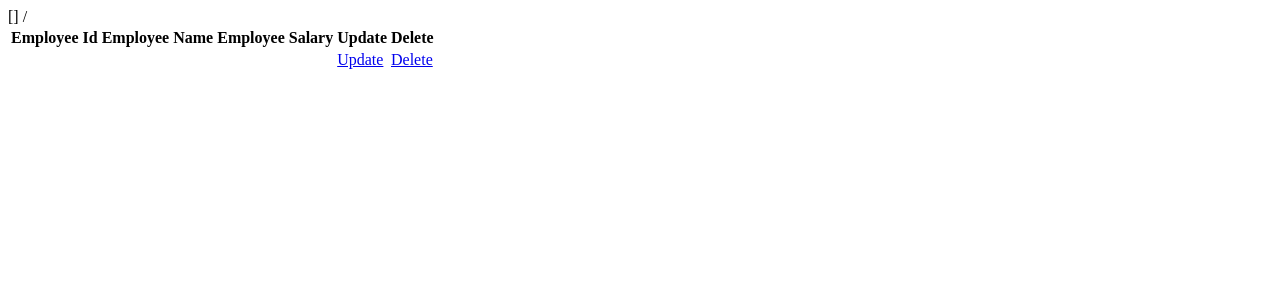
Repository: aamir5773/Spring
Page: http://localhost/SpringMvcEmployeeManagement-1WithJdbc/viewEmployee.do
These files come from the project's save history. The page is drawn as it stood at one moment and after the next save; the edit follows.
The browser window is 1280 px wide. The pictures show the whole page.
The page is served by Tomcat 9. Other server files are loaded and not shown. Queries for data that is not in the repository find no rows.

Above is the page before, as saved 2019-11-14 10:35:41.

### SpringMvcEmployeeManagement-1WithJdbc/WebContent/WEB-INF/pages/ViewEmployee.jsp
<%@ page language="java" contentType="text/html; charset=ISO-8859-1"
    pageEncoding="ISO-8859-1"%>
<!DOCTYPE html PUBLIC "-//W3C//DTD HTML 4.01 Transitional//EN" "http://www.w3.org/TR/html4/loose.dtd">
<html>
<head>
<meta http-equiv="Content-Type" content="text/html; charset=ISO-8859-1">
<title>View Employee</title>
</head>
<body>
	<%= request.getAttribute("employeeList") %>
	/<table>
	<tr>
			<th>Employee Id</th>
			<th>Employee Name</th>
			<th>Employee Salary</th>
			<th>Update</th>
			<th>Delete</th>
		</tr>
		 <c:forEach var="emp" items="${ requestScope.employeeList }">
			<%--<c:url var="deleteUrl" value="delete.do">
				<c:param name="username" value="${ emp.employeeId}"></c:param>
			</c:url> --%>
			<%-- <c:url var="updateUrl" value="UpdateUser.jsp">
				<c:param name="employeeId" value="${emp.employeeId}"></c:param>
				<c:param name="employeeName" value="${emp.employeeName}"></c:param>
				<c:param name="employeeSalary" value="${emp.employeeSalary}"></c:param>
			</c:url> --%>
			<tr>
				<td> <c:out value="${ emp.employeeId}"></c:out> </td>
				<td> <c:out value="${ emp.employeeName }"></c:out> </td>
				<td> <c:out value="${ emp.employeeSalary}"></c:out> </td>
				<td><a href='<c:out value="${ updateUrl }"></c:out>'>Update</a></td>
				<td><a href='<c:out value="${ deleteUrl }"></c:out>'>Delete</a></td>
			</tr>
		</c:forEach>
</body>
</html>

### SpringMvcEmployeeManagement-1WithJdbc/src/com/lti/dao/EmployeeRowMapper.java
package com.lti.dao;

import java.sql.ResultSet;
import java.sql.SQLException;

import org.springframework.jdbc.core.RowMapper;

import com.lti.model.Employee;

public class EmployeeRowMapper implements RowMapper<Employee> {

	public Employee mapRow(ResultSet rs, int arg1) throws SQLException {
		Employee employee = new Employee();
		employee.setEmployeeId(rs.getInt("EMP_ID"));
		employee.setEmployeeName(rs.getString("EMP_NAME"));
		employee.setEmployeeSalary(rs.getDouble("EMP_SAL"));
		return employee;
	}

}

After the next save:
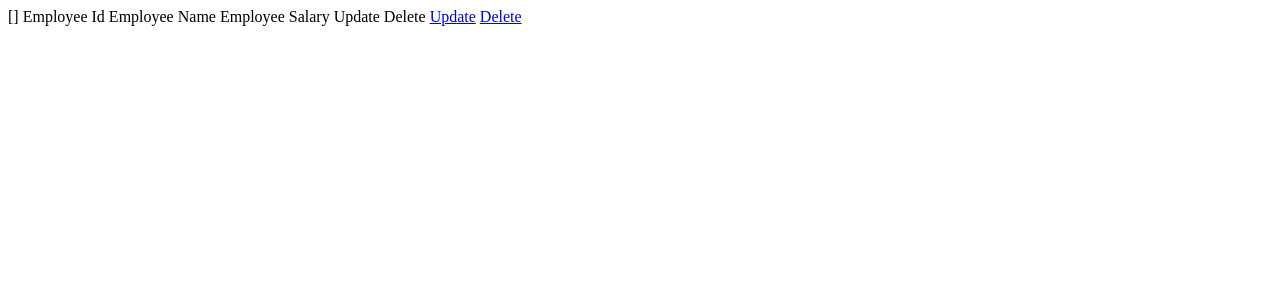
Saved 10 s later.
--- a/SpringMvcEmployeeManagement-1WithJdbc/WebContent/WEB-INF/pages/ViewEmployee.jsp
+++ b/SpringMvcEmployeeManagement-1WithJdbc/WebContent/WEB-INF/pages/ViewEmployee.jsp
@@ -8,7 +8,7 @@
 </head>
 <body>
 	<%= request.getAttribute("employeeList") %>
-	/<table>
+	<!-- <table> -->
 	<tr>
 			<th>Employee Id</th>
 			<th>Employee Name</th>

After the save that followed:
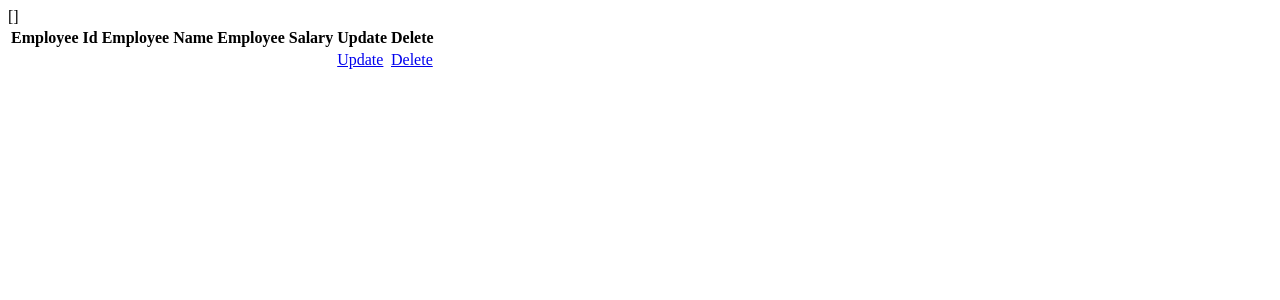
Saved 21 s later.
--- a/SpringMvcEmployeeManagement-1WithJdbc/WebContent/WEB-INF/pages/ViewEmployee.jsp
+++ b/SpringMvcEmployeeManagement-1WithJdbc/WebContent/WEB-INF/pages/ViewEmployee.jsp
@@ -8,7 +8,7 @@
 </head>
 <body>
 	<%= request.getAttribute("employeeList") %>
-	<!-- <table> -->
+<table>
 	<tr>
 			<th>Employee Id</th>
 			<th>Employee Name</th>
@@ -33,5 +33,6 @@
 				<td><a href='<c:out value="${ deleteUrl }"></c:out>'>Delete</a></td>
 			</tr>
 		</c:forEach>
+
 </body>
 </html>
